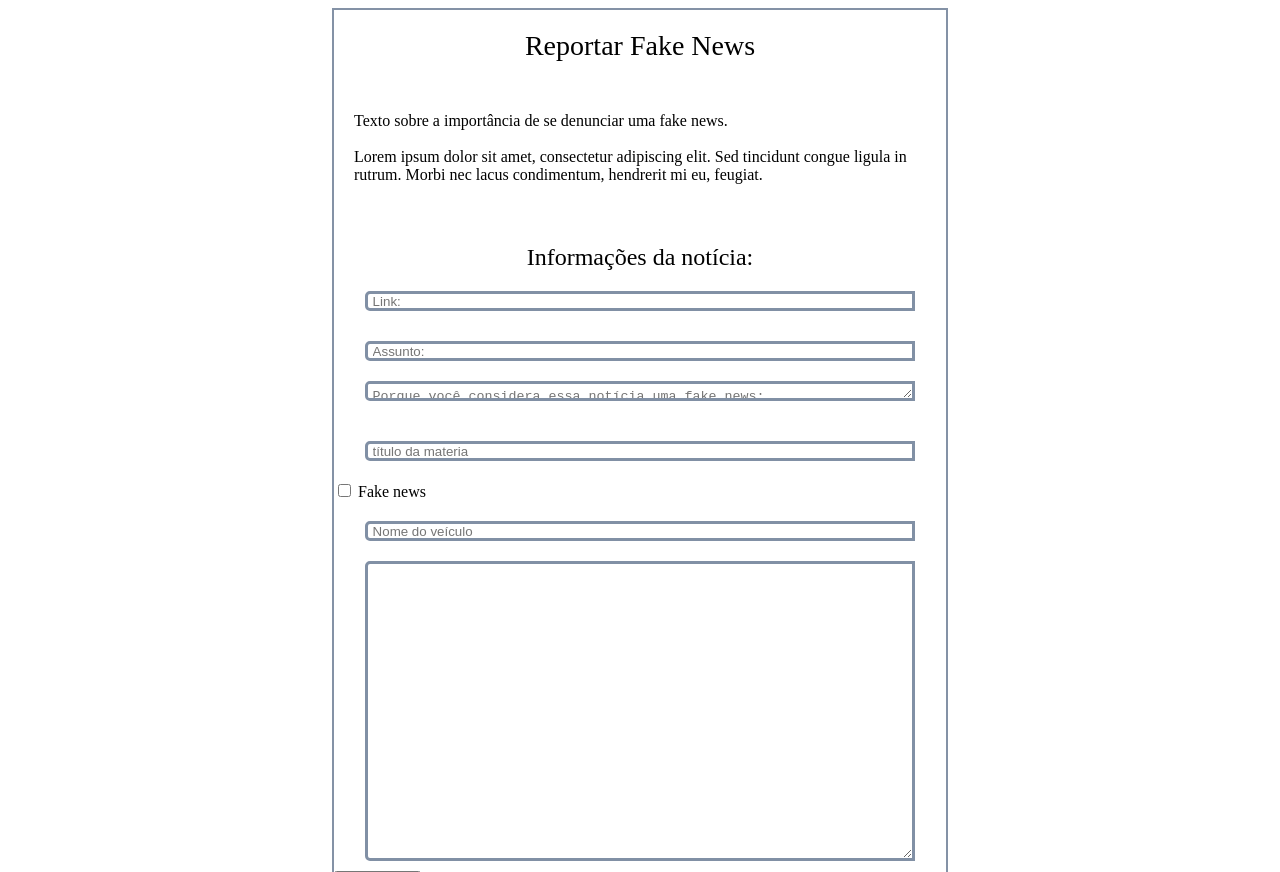
Repository: ICEI-PUC-Minas-PPLES-TI/plf-es-2021-1-ti1-7946100-04-fake-news-2
Page: Codigo/src/reportar/reportar_fn.html
The author's editor kept a copy of each file at every save. The page is drawn from the files as they stood at one save, then again after the next save.
The browser window is 1280 px wide. The pictures show the part of the page from y = 0 to 872 px (the page is 1323 px tall before and 1603 px after).
A picture or video elsewhere on the page could not be fetched, so the positions and the page height are approximate. Some web libraries are served in a nearby version.

Above is the page before, as saved 2021-07-03 16:17:43.

### Codigo/src/reportar/reportar_fn.html
    <head>
        <link rel="stylesheet" href="style.css">
        <link href="https://maxcdn.bootstrapcdn.com/font-awesome/4.1.0/css/font-awesome.min.css" rel="stylesheet">
        <script src="https://ajax.googleapis.com/ajax/libs/jquery/2.1.3/jquery.min.js" type="text/javascript"></script>
        <script src="backend.js"></script>
    </head>

    <body class="register_body"  onload="javascript:check_logged()">
        <div class="register_body container col-6">
            <div style="margin: 0 20px">

                <div class="title_report">
                    Reportar Fake News
                </div>
                <div class="subtitle_report">
                    Texto sobre a importância de se denunciar uma fake news. <br><br>
                    Lorem ipsum dolor sit amet, consectetur adipiscing elit. Sed tincidunt congue ligula in rutrum. Morbi nec lacus condimentum, hendrerit mi eu, feugiat.
                </div>
            </div>
            <div class="search">
                <form method="post" id="signup">
                    <div class="form_info">Informações da notícia:</div>
                    <div>
                        <input id="link" type="text" class="searchBar" placeholder="Link:">
                    </div>

                    <div>
                        <div>
                            <input id="assunto" type="text" class="searchBar" placeholder="Assunto:">
                        </div>
                        <div>
                            <textarea id="motivo" type="text" class="searchBar" placeholder="Porque você considera essa notícia uma fake news:"></textarea>
                        </div>

                        <div style="display: flex; margin: 0 20px;" id="form_not_adm">
                            <input type="button" class="button_a searchButton registerButton backButton_a" value="Reportar" onclick="save_report()">
                        </div>
                    </div>

                    <div id="form_adm" style="display: none;">
                        <div>
                            <input id="titulo" type="text" class="searchBar" placeholder="título da materia">
                        </div>

                        <div>
                            <input type="checkbox" id="isFake" name="isFake">
                            <label for="isFake">Fake news</label>
                        </div>

                        <div>
                            <input id="veiculo" type="text" class="searchBar" placeholder="Nome do veículo">
                        </div>

                        <div>
                            <textarea id="texto" type="text" class="searchBar" placeholder="Texto completo"> </textarea>
                        </div>
                        <input class="classhere" type="file" name="logo" id="logo" />
                        <div class="imagearea"></div>

                        <div style="display: flex;">
                            <input type="button" class="button_a searchButton registerButton" value="Salvar" onclick="save()">
                            <a href="index.html" class="button_a backButton_a">
                                <div class="searchButton registerButton backButton" >
                                    voltar
                                </div>
                            </a>
                        </div>
                    </div>

                </form>
            </div>
        </div>

    </body>

### Codigo/src/reportar/style.css
.search {
  width: 100%;
  position: relative;
  display: flex;

}
.search .label{
    margin: auto;
    padding-right: 10px;
  }


.searchBar {
  width: 90%;
  border: 3px solid #8190A5;
  padding: 5px;
  height: 20px;
  border-radius: 5px 0 0 5px;
  outline: none;
  color: #9DBFAF;
  display: block;
  margin: 0 auto;
}

.searchBar:focus{
  color: #8190A5;
}

.searchButton {
  width: 40px;
  height: 36px;
  border: 1px solid #8190A5;
  background: #8190A5;
  text-align: center;
  color: #fff;
  border-radius: 0 5px 5px 0;
  cursor: pointer;
  font-size: 20px;
}

.container{
  width: 90%;
  margin: auto;
  display: flex;
  flex-direction: column;


  background-color: #FFFFFF;
  border: 2px solid #8492A6;
  width: 612px;
}

.btn_container{
    display: flex;
    padding-top: 15px;
}

.registerButton{
    width: 150px;
    border-radius: 5px;
    height: 35px;
    vertical-align: middle;
    display: table-cell;
}
.button_a{
    text-decoration: none;
    color: white;
}

.index #list_table{
    width: 100%;
    margin: 15px 0 0 0;
}

/* ---------------  Cadastro ---------------------- */

.register_body .container{
    flex-direction: column;

}

.register_body #texto{
    height: 300px;
}

.register_body .button_a {
    margin: 20px 0 0 0;
}

.register_body .search{
    display: inline;
}
.register_body .search div{
    padding:10px 0;
}

.register_body .label{
    display: flex;
}
.backButton{
    padding:0px !important;
    margin-left: auto;
}
.backButton_a{
    margin-left: auto !important;
}

#list_table{
    width: 80%;
    margin: 0 auto;
    text-align: center;
    border-collapse: collapse;
}
th{
    border: 3px solid #8190A5;
}
td{
    border: 3px solid #8190A5;
}
tr{
    border: 3px solid #8190A5;
}
i{
    cursor: pointer;
}

.title_report{
    text-align: center;
    margin: 20px 0 50px 0;
    font-size: 28px;
}

.form_info{
    margin-top: 50px;
    text-align: center;
    font-size: 24px;
}

.left_div{
    width: 20%;
    margin: 0;
}

.right_div{
    width: 20%;
    margin: 0;
}

.middle_div{
    width: 80%;
    margin: 0 10px;
}
.inner_left{
    margin: 30px 10px;
}
.inner_left>div{
    margin-bottom: 30px;
}
.inner_left_title{
    font-size: 16px;
    text-align: center;
}

.gray_color{
    color: #8190A5;
}

### Codigo/src/reportar/backend.js
var content = [];
var counter = 0;
var is_logged = 1;
function getSite(){
    var busca = document.getElementById("search_bar").value;
    $("#list_table").html("");
    $("#list_table").html(
        "<tbody>"+
        "</tbody>"
        );
    for(var i = 0; i <= localStorage.length; i++){
        if(localStorage.getItem(i) !== null){
            var storage = JSON.parse(localStorage.getItem(i));
            if(
                storage.link.includes(busca) ||
                storage.titulo.includes(busca) ||
                storage.veiculo.includes(busca) ||
                storage.texto.includes(busca)
            ){
                $("#list_table").html(

                    "<tbody>"+
                    "</tbody>"
                    );
                for(var i = 0; i <= localStorage.length; i++){
                    if(localStorage.getItem(i) !== null){
                        var storage = JSON.parse(localStorage.getItem(i));
                        $("#list_table tbody").append("<tr style=\"border: none;>\"");
                        $("#list_table tbody").append("<td style=\"border: none; width: 8%;\"><img id=\"thumb_list"+i+"\" style=\"width: 50px;\"></img>  </td>");
                        $("#list_table tbody").append("<td style=\"border: none; width: 37%; text-align: start; padding-left: 10px;\"><div>"+storage.titulo+"</div><div class=\"gray_color\">"+storage.texto.substring(0,45)+"</div></td>");
                        $("#list_table tbody").append("<td style=\"border: none; width: 37%;\"><div class=\"gray_color\">"+storage.veiculo+"</div></td>");
                        $("#thumb_list"+i).attr("src", storage.thumb);
                        $("#list_table tbody").append("<td style=\"border: none; width: 9%;\"><i class=\"fa fa-trash-o\" onClick=\"trash_("+i+")\"></i></td>");
                    }
                }

            }
        }
    }

}

function trash(key){
    localStorage.removeItem(key);
    getSite();
}

function trash_(key){
    localStorage.removeItem(key);
    Listar_fn_usr();
}
function pencil(key){
    localStorage.setItem("to_edit", key);
    window.open("edit.html", "_self");
}

function edit(){
    let key = localStorage.getItem("to_edit");
    let to_edit = JSON.parse(localStorage.getItem(key));

    document.getElementById("link").value = to_edit.link;
    document.getElementById("titulo").value = to_edit.titulo;
    document.getElementById("texto").value = to_edit.texto;
    document.getElementById("veiculo").value = to_edit.veiculo;
    document.getElementById("isFake").checked = to_edit.checked;
    document.getElementById("assunto").value = to_edit.assunto;
    document.getElementById("motivo").value = to_edit.motivo;
    document.getElementById("revisado").value = to_edit.revisado;
    $(".imagearea")[0].firstChild.attributes.src.value = to_edit.thumb;
}


function save() {

    let link = document.getElementById("link").value;
    let titulo = document.getElementById("titulo").value;
    let texto = document.getElementById("texto").value;
    let veiculo = document.getElementById("veiculo").value;
    let fake = document.getElementById("isFake").checked;
    let assunto = "";//document.getElementById("assunto").checked;
    let motivo = "";//document.getElementById("motivo").checked;
    let thumb = $(".imagearea")[0].firstChild.attributes.src.value;
    let revisado = true;
    console.log(this.thumb_to_save);

    var values_json = {
        'link': link,
        'titulo': titulo,
        'texto': texto,
        'isFake': fake,
        'veiculo': veiculo,
        'thumb': thumb,
        'assunto': assunto,
        'motivo': motivo,
        'revisado': revisado
    }

    this.content.push(values_json);

    localStorage.setItem(this.counter, JSON.stringify(values_json));
    this.counter++;
    clearFields();
}

function save_report() {

    let link = document.getElementById("link").value;
    let titulo = "";//document.getElementById("titulo").value;
    let texto = ""; //document.getElementById("texto").value;
    let veiculo = "";//;document.getElementById("veiculo").value;
    let fake = "";//document.getElementById("isFake").checked;
    let assunto = document.getElementById("assunto").value;
    let motivo = document.getElementById("motivo").value;
    let thumb = $(".imagearea")[0].firstChild.attributes.src.value;
    let revisado = false;
    console.log(this.thumb_to_save);

    var values_json = {
        'link': link,
        'titulo': titulo,
        'texto': texto,
        'isFake': fake,
        'veiculo': veiculo,
        'thumb': thumb,
        'assunto': assunto,
        'motivo': motivo,
        'revisado': revisado
    }

    this.content.push(values_json);

    localStorage.setItem(this.counter, JSON.stringify(values_json));
    this.counter++;
    clearFields();
}

function saveOnEdit(){
    let key = localStorage.getItem("to_edit");

    let link = document.getElementById("link").value;
    let titulo = document.getElementById("titulo").value;
    let texto = document.getElementById("texto").value;
    let veiculo = document.getElementById("veiculo").value;
    let fake = document.getElementById("isFake").checked;
    let assunto = document.getElementById("assunto").value;
    let motivo = document.getElementById("motivo").value;
    let thumb = $(".imagearea")[0].firstChild.attributes.src.value;
    let revisado = true;

    var values_json = {
        'link': link,
        'titulo': titulo,
        'texto': texto,
        'isFake': fake,
        'veiculo': veiculo,
        'thumb': thumb,
        'assunto': assunto,
        'motivo': motivo,
        'revisado': revisado
    }

    localStorage.setItem(key, JSON.stringify(values_json));
    let tam = localStorage.length-1;
    localStorage.setItem("length",tam);
    clearFields();
}

function Listar(){
    $("#list_table").html(

        "<tbody>"+
        "</tbody>"
        );
    for(var i = 0; i <= localStorage.length; i++){
        if(localStorage.getItem(i) !== null){
            var storage = JSON.parse(localStorage.getItem(i));
            $("#list_table tbody").append("<tr style=\"border: none;>\"");
            $("#list_table tbody").append("<td style=\"border: none; width: 8%;\"><img id=\"thumb_list"+i+"\" style=\"width: 50px;\"></img>  </td>");
            $("#list_table tbody").append("<td style=\"border: none; width: 37%; text-align: start; padding-left: 10px;\"><div>"+storage.titulo+"</div><div class=\"gray_color\">"+storage.texto.substring(0,45)+"</div></td>");
            $("#list_table tbody").append("<td style=\"border: none; width: 37%;\"><div class=\"gray_color\">"+storage.veiculo+"</div></td>");
            $("#thumb_list"+i).attr("src", storage.thumb);
            $("#list_table tbody").append("<td style=\"border: none; width: 9%;\"><i class=\"fa fa-trash-o\" onClick=\"trash_("+i+")\"></i></td>");
        }
    }
}



function clearFields(){
    document.getElementById("link").value = "";
    document.getElementById("titulo").value = "";
    document.getElementById("texto").value = "";
    document.getElementById("veiculo").value = "";
    //document.getElementById("assunto").value = "";
    //document.getElementById("motivo").value = "";
    document.getElementById("isFake").checked = true;
    $(".imagearea")[0].firstChild.attributes.src.value = '';
}



$(document).ready(function(){
    var img = new Image();
    img.src = localStorage.theImage;

    $('.imagearea').html(img);
    console.log("alow");
    $("body").on("change",".classhere",function(){

        var fileInput = $(this)[0];
        var file = fileInput.files[0];

        var reader = new FileReader();
        reader.onload = function(e) {
             var img = new Image();
             img.src = reader.result;
             $(".imagearea").html(img);
         }

         reader.readAsDataURL(file);
      });
  });


  function Listar_fn_usr(){
    $("#list_table").html(
        "<tbody>"+
        "</tbody>"
        );
    for(var i = 0; i <= localStorage.length; i++){
        if(localStorage.getItem(i) !== null){
            var storage = JSON.parse(localStorage.getItem(i));
            if(storage.revisado || this.is_logged == 1){
                $("#list_table tbody").append("<tr style=\"border: none;>\"");
                $("#list_table tbody").append("<td style=\"border: none; width: 8%;\"><img id=\"thumb_list"+i+"\" style=\"width: 50px;\"></img>  </td>");
                $("#list_table tbody").append("<td style=\"border: none; width: 37%; text-align: start; padding-left: 10px;\"><div>"+storage.titulo+"</div><div class=\"gray_color\">"+storage.texto.substring(0,45)+"</div></td>");
                $("#list_table tbody").append("<td style=\"border: none; width: 37%;\"><div class=\"gray_color\">"+storage.veiculo+"</div></td>");
                $("#thumb_list"+i).attr("src", storage.thumb);
                if(this.is_logged == 1){
                    $("#list_table tbody").append("<td style=\"border: none; width: 9%;\"><i class=\"fa fa-trash-o\" onClick=\"trash_("+i+")\"></i></td>");
                }
            }
        }
    }
}

function check_logged(){
    console.log("asd");
    if(this.is_logged == 1){
        document.getElementById("form_adm").style.display = "block";
        document.getElementById("form_not_adm").style.display = "none";
    }
}

After the next save:
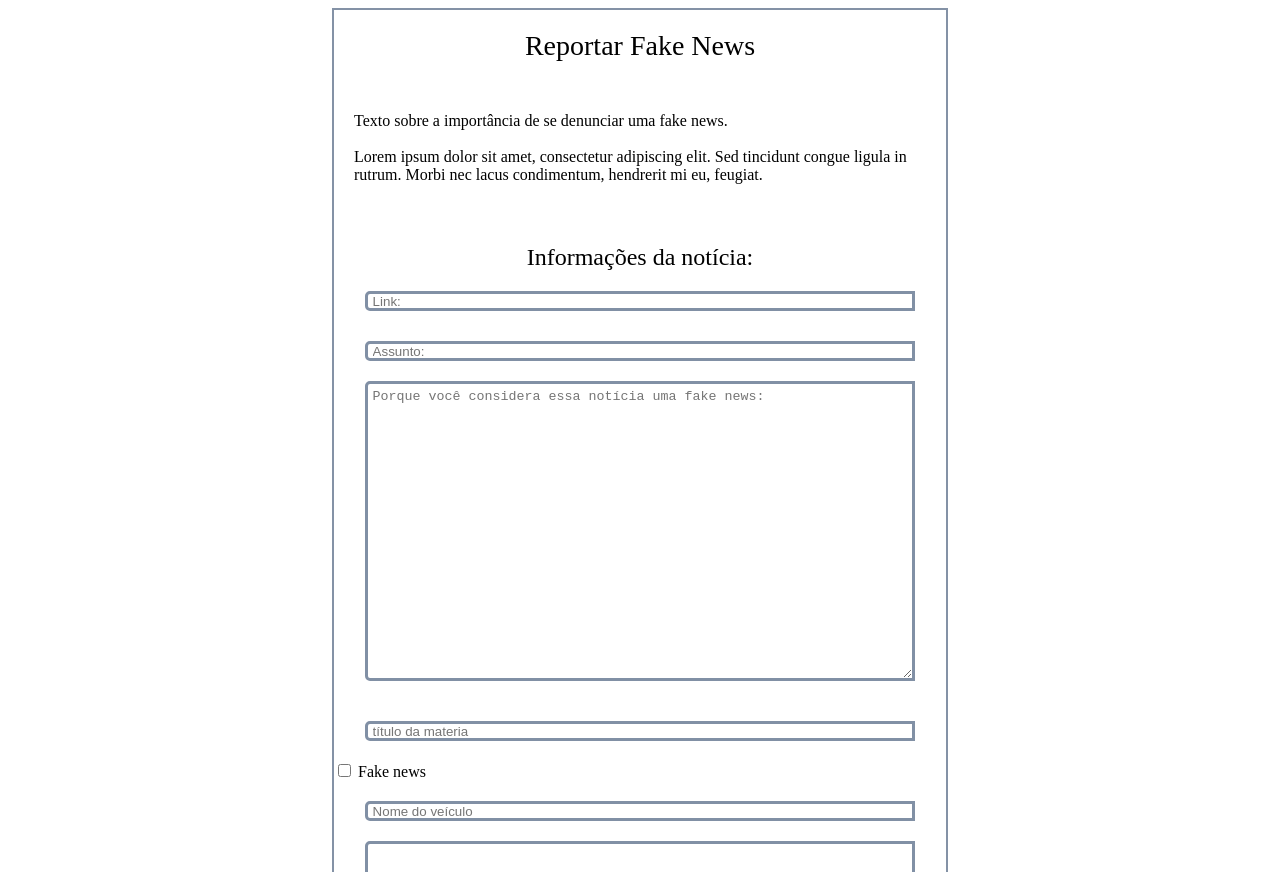
Saved 2 min 34 s later.
--- a/Codigo/src/reportar/style.css
+++ b/Codigo/src/reportar/style.css
@@ -79,7 +79,8 @@
 
 }
 
-.register_body #texto{
+.register_body #texto,
+.register_body #motivo{
     height: 300px;
 }
 
